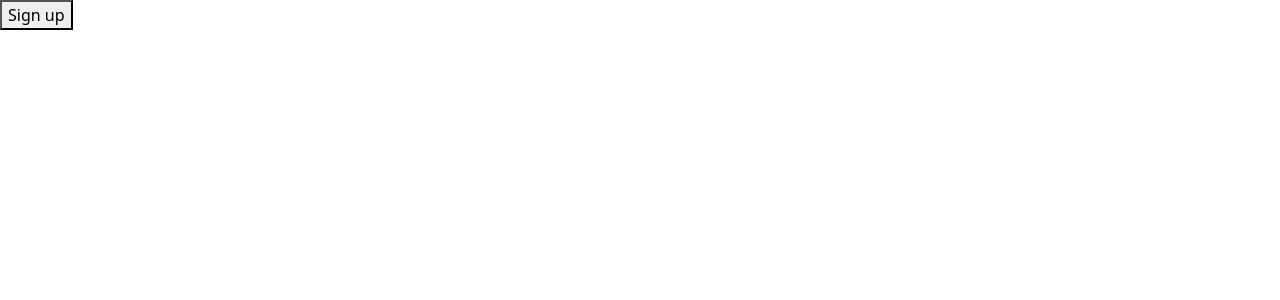
Repository: Amerendra363/Globallogic
Page: Hello/src/main/webapp/idea.html
An editor plug-in stored every save of this project. The page is shown before and after the next save, followed by the edit.
The browser window is 1280 px wide. The pictures show the whole page.

Above is the page before, as saved 2022-08-03 11:10:40.

After the next save:
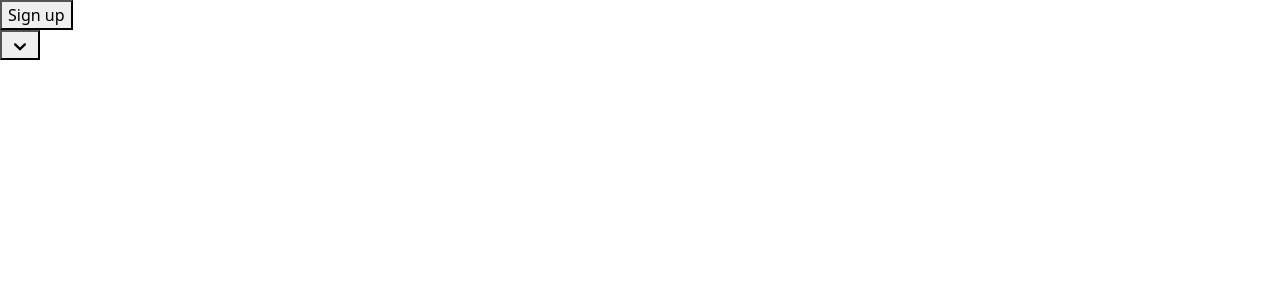
Saved 2 min 29 s later.
--- a/Hello/src/main/webapp/idea.html
+++ b/Hello/src/main/webapp/idea.html
@@ -27,6 +27,24 @@
 										</div>
 									</button>
 								</div>
+								<div class="zI7 iyn Hsu">
+									<div data-test-id="setting-button"
+										class="Hvp JME Jea mQ8 snW zI7 iyn Hsu">
+										<button aria-label="Setting" class="HEm adn yQo lnZ wsz YbY"
+											tabindex="0" type="button">
+											<div class="rYa kVc adn yQo czT qrs BG7">
+												<div class="x8f INd _O1 gjz mQ8 OGJ YbY"
+													style="height: 24px; width: 24px">
+													<svg class="gUZ ztu U9O kVc" height="12" width="12"
+														viewBox="0 0 24 24" aria-hidden="true" aria-label=""
+														role="img">
+														<path
+															d="M12 19.5.66 8.29c-.88-.86-.88-2.27 0-3.14.88-.87 2.3-.87 3.18 0L12 13.21l8.16-8.06c.88-.87 2.3-.87 3.18 0 .88.87.88 2.28 0 3.14L12 19.5z"></path></svg>
+												</div>
+											</div>
+										</button>
+									</div>
+								</div>
 
 </body>
 </html>
